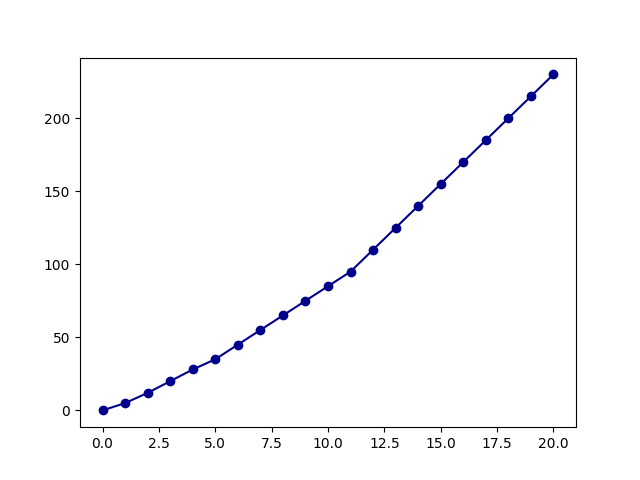
Repository: medenitunc/August-25-leanrning-Pyhton
Script's output: python Day02_05_Dv2.py
The author's editor kept a copy of each file at every save. The script's output is drawn from the files as they stood at one save, then again after the next save.
Each picture stacks the figures in order, with grey between them; figures that are only written to a file come last. Random numbers start from a fixed seed.

Above is the script's output before, as saved 2025-11-27 09:44:58.

### Day02_05_Dv2.py
import matplotlib.pyplot as plt
import numpy as np
import pandas as pd

# numpy - numerical python - library for numerical calculations

# xval = np.array([0,6,12])
# yval = np.array([0,25, 75])

# plt.plot(xval, yval, color='darkgreen', marker='o', linestyle='dotted')
# plt.xlabel('Overs')
# plt.ylabel('Runs')
# plt.title('Team A Performance ')
# plt.grid(axis='y', linestyle='--', linewidth=0.5)
# plt.show()


overs = np.array([0,1,2,3,4,5,6,7,8,9,10,11,12,13,14,15,16,17,18,19,20 ])
teamA_runs = np.array([0,5,12,20,28,35,45,55,65,75,85,95,110,125,140,155,170,185,200,215,230])
teamB_runs = np.array([0,8,15,22,30,40,50,60,70,80,90,100,115,130,145,160,175,190,205,220,240])

plt.plot(overs, teamA_runs, marker='o', label='Team A', color='darkblue')
plt.show()

After the next save:
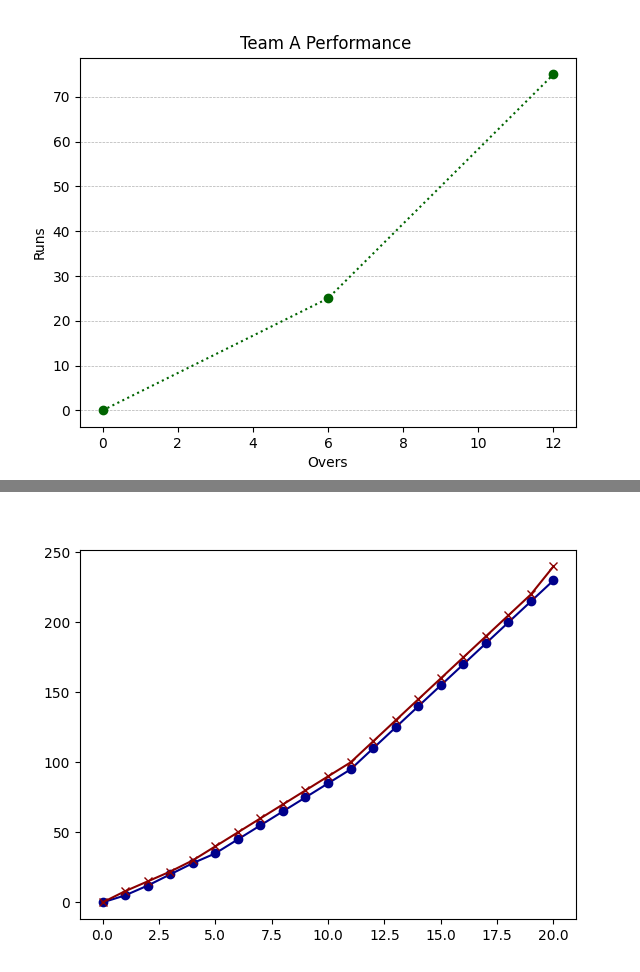
Saved 77 s later.
--- a/Day02_05_Dv2.py
+++ b/Day02_05_Dv2.py
@@ -4,15 +4,15 @@ import pandas as pd
 
 # numpy - numerical python - library for numerical calculations
 
-# xval = np.array([0,6,12])
-# yval = np.array([0,25, 75])
+xval = np.array([0,6,12])
+yval = np.array([0,25, 75])
 
-# plt.plot(xval, yval, color='darkgreen', marker='o', linestyle='dotted')
-# plt.xlabel('Overs')
-# plt.ylabel('Runs')
-# plt.title('Team A Performance ')
-# plt.grid(axis='y', linestyle='--', linewidth=0.5)
-# plt.show()
+plt.plot(xval, yval, color='darkgreen', marker='o', linestyle='dotted')
+plt.xlabel('Overs')
+plt.ylabel('Runs')
+plt.title('Team A Performance ')
+plt.grid(axis='y', linestyle='--', linewidth=0.5)
+plt.show()
 
 
 overs = np.array([0,1,2,3,4,5,6,7,8,9,10,11,12,13,14,15,16,17,18,19,20 ])
@@ -20,4 +20,5 @@ teamA_runs = np.array([0,5,12,20,28,35,45,55,65,75,85,95,110,125,140,155,170,185
 teamB_runs = np.array([0,8,15,22,30,40,50,60,70,80,90,100,115,130,145,160,175,190,205,220,240])
 
 plt.plot(overs, teamA_runs, marker='o', label='Team A', color='darkblue')
+plt.plot(overs, teamB_runs, marker='x', label='Team B', color='darkred')
 plt.show()
